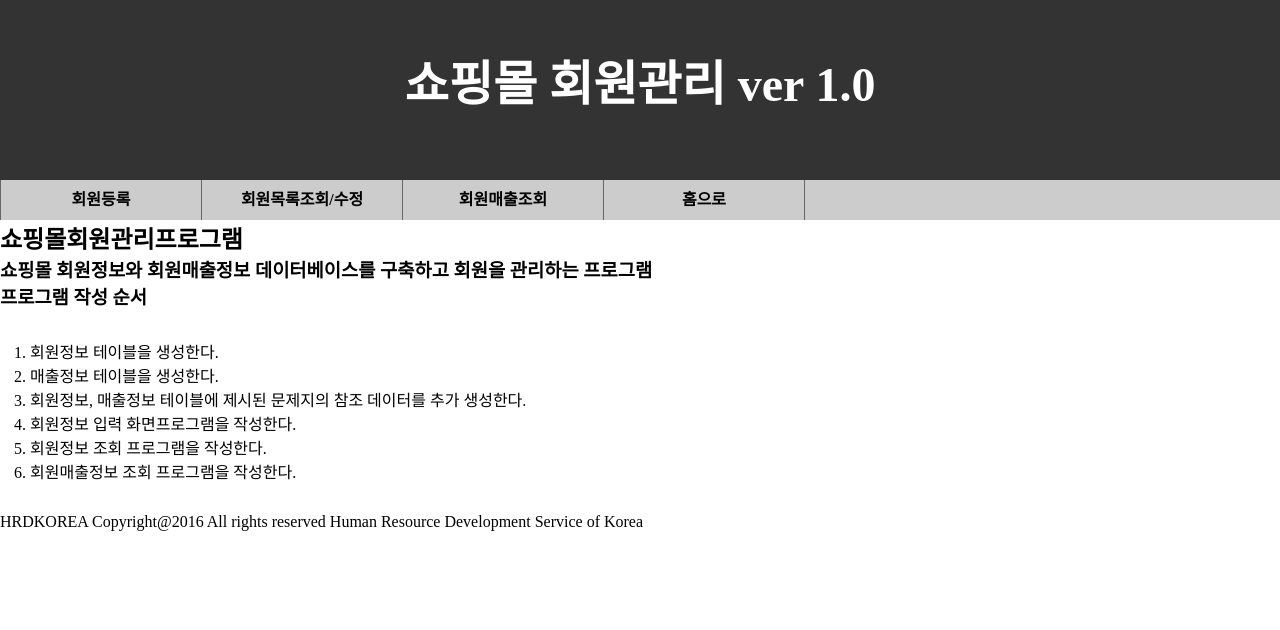
Repository: jsky1234/NCS
Page: http://localhost/HRD_1/admin.jsp
The author's editor kept a copy of each file at every save. The page is drawn from the files as they stood at one save, then again after the next save.
The browser window is 1280 px wide. The pictures show the whole page.
The page is served by Tomcat 9.

Above is the page before, as saved 2020-11-09 02:30:20.

After the next save:
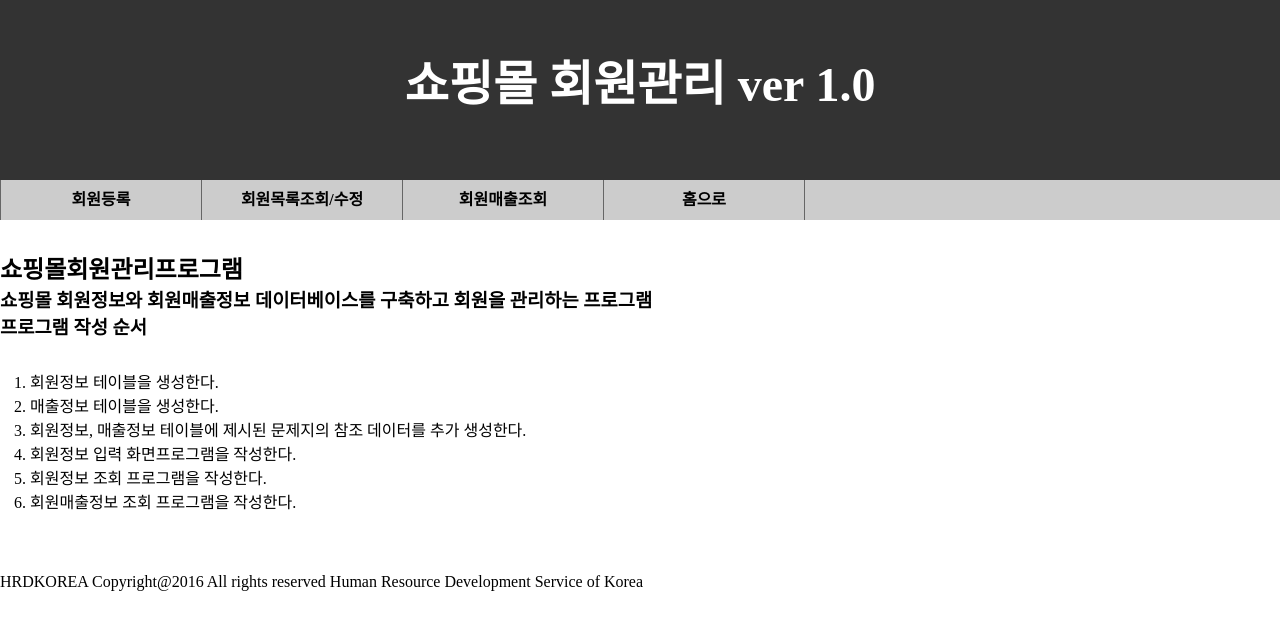
Saved 71 s later.
--- a/ncs1/HRD_1/WebContent/admin.jsp
+++ b/ncs1/HRD_1/WebContent/admin.jsp
@@ -20,6 +20,8 @@ ol { padding: 30px; }
 .gnb li { float: left; min-width: 120px; width: auto; }
 .gnb a { display:block; text-align: center; line-height: 40px; width: 200px; height: 40px; color: #000000; font-weight: 700; border-left: 1px solid #666666; }
 .gnb li:last-child { border-right: 1px solid #666666; }
+
+.page { clear: both; padding: 30px 0 30px 0; }
 </style>
 </head>
 <body>
